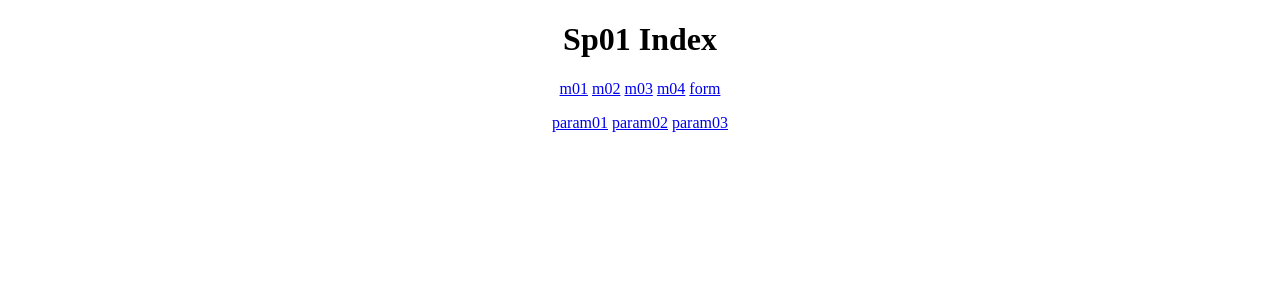
Repository: cksdnr3/springMVC
Page: http://localhost/Sp01/
The author's editor kept a copy of each file at every save. The page is drawn from the files as they stood at one save, then again after the next save.
The browser window is 1280 px wide. The pictures show the whole page.
The page is served by Tomcat 9.

Above is the page before, as saved 2021-04-06 02:13:02.

After the next save:
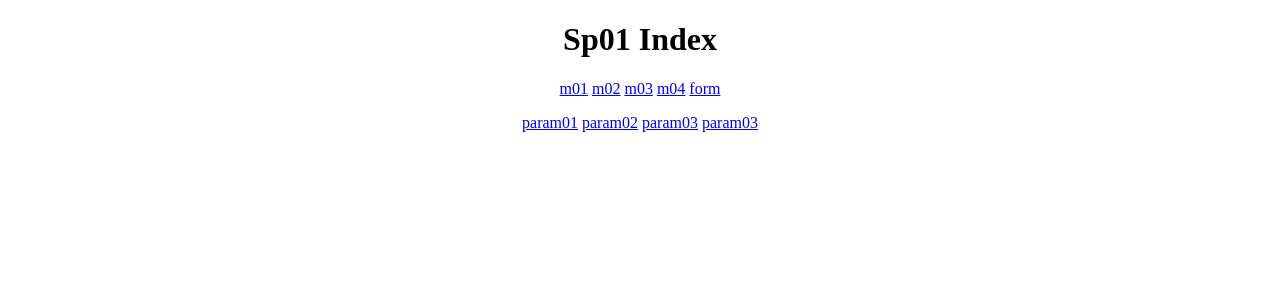
Saved 3 min 3 s later.
--- a/Sp01/src/main/webapp/WEB-INF/views/index.jsp
+++ b/Sp01/src/main/webapp/WEB-INF/views/index.jsp
@@ -21,6 +21,7 @@
 	<a href="test/param1?name=홍길동 &age=20">param01</a>
 	<a href="test/param2?name=노찬욱 &age=26">param02</a>
 	<a href="test/param3?names=노찬욱 &names=류슬기&names=이정현">param03</a>
+	<a href="test/param3?ns=노찬욱 &ns=류슬기&ns=이정현">param03</a>
 	</p>
 </body>
 </html>
